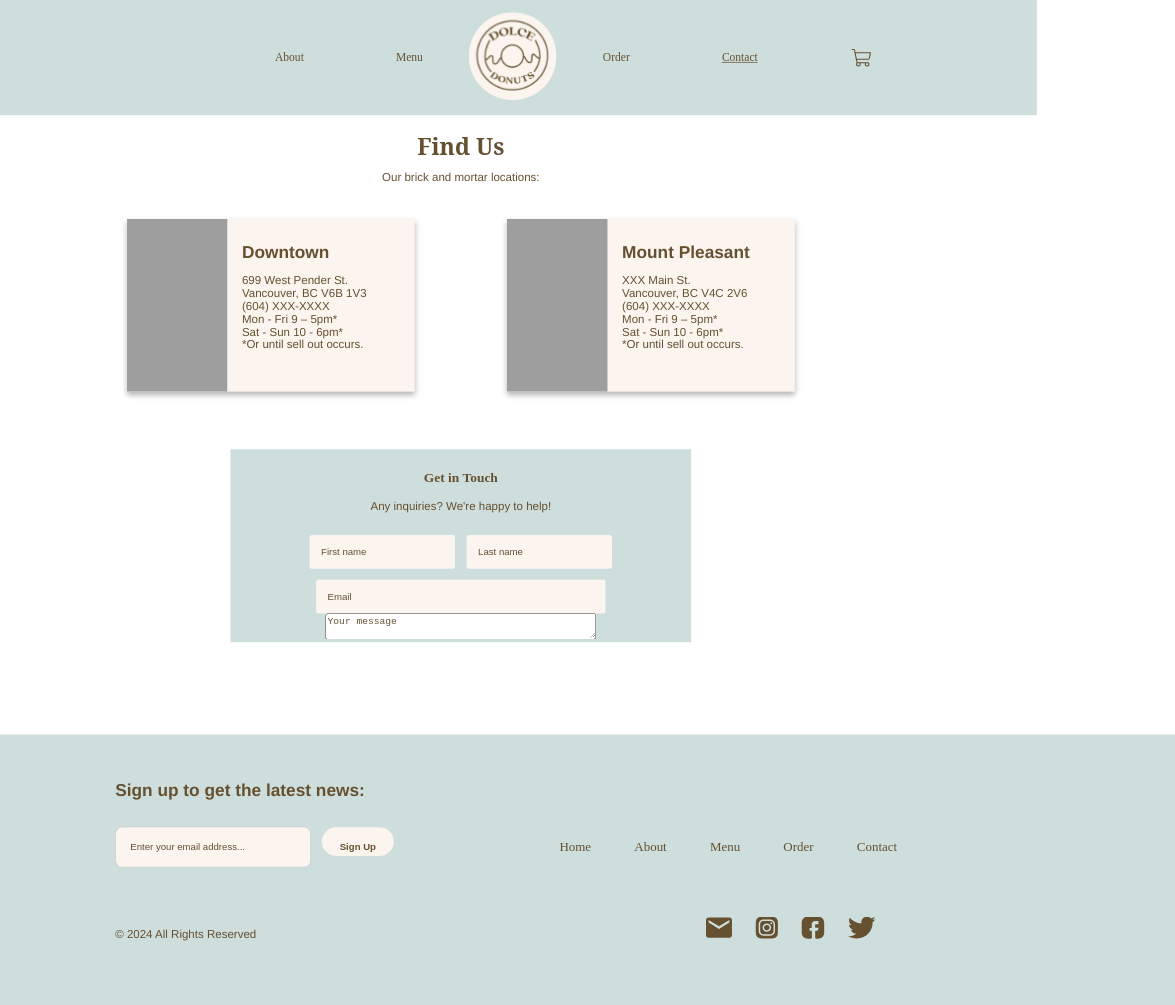
Repository: Crystalhtc/dolcedonuts
Page: /contact
These files come from the project's save history. The page is drawn as it stood at one moment and after the next save; the edit follows.
The browser window is 1280 px wide. The page is 1632 px wide, so the pictures cover 1632 px, including what lies to the right of the window. The pictures show the whole page, at 72% of full size.
Pictures or frames that could not be fetched are drawn as grey boxes. The project was rebuilt for these pictures with package versions that can differ from the ones it lists, and the page was loaded fresh each time. Also part of the build but not shown: vite.config.js, src/pages/Home.module.css, src/pages/Home.jsx, src/components/ProductCard/ProductCard.jsx, src/Data/products.js, src/pages/Order.css, src/pages/Menu.jsx, src/pages/Order.jsx and 13 more.

Above is the page before, as saved 2024-10-20 15:28:56.

After the next save:
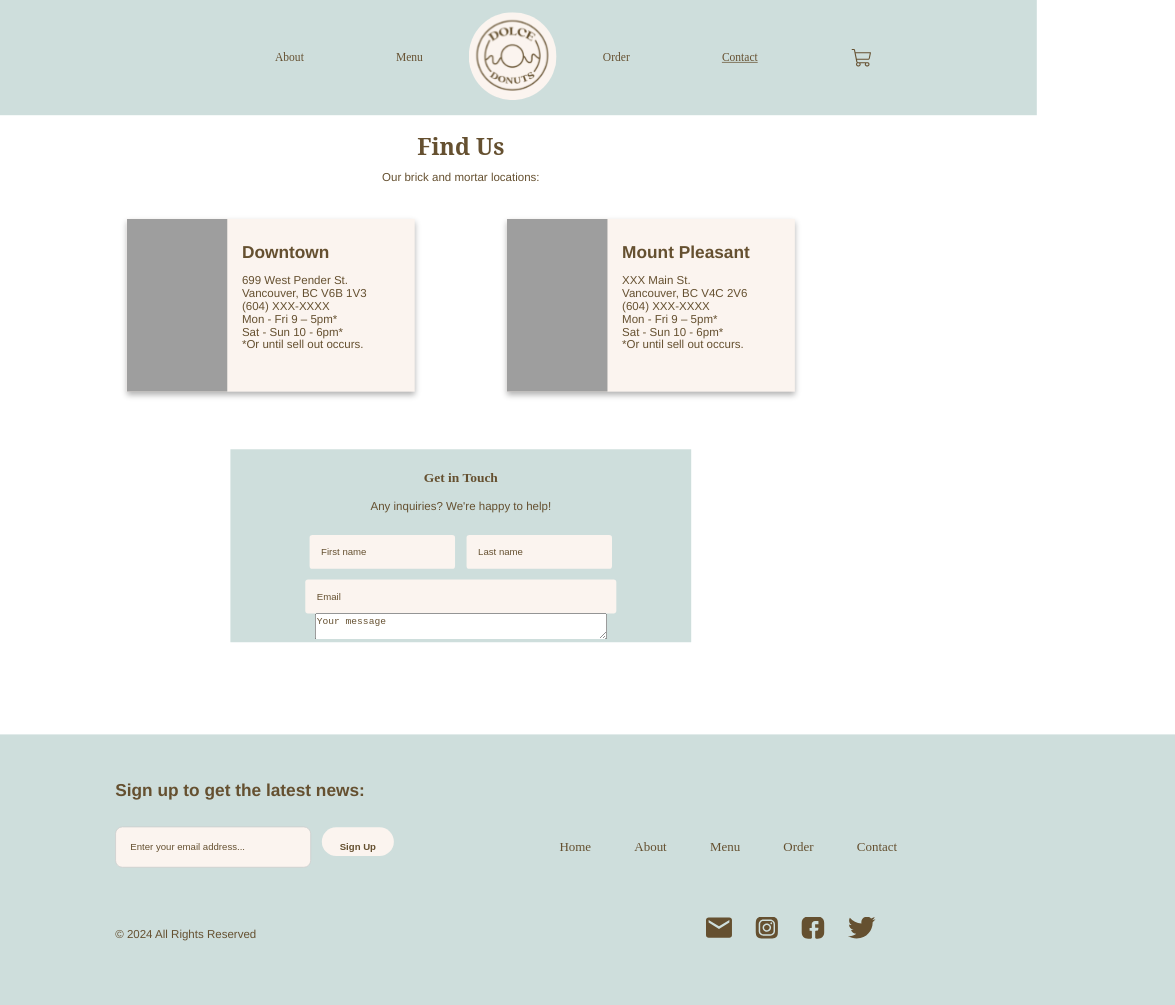
Saved 6 s later.
--- a/src/components/ContactUsForm/ContactForm.module.css
+++ b/src/components/ContactUsForm/ContactForm.module.css
@@ -23,7 +23,7 @@
 }
 
 .formPlaceholders {
-    width: 370px;
+    width: 400px;
 }
 
 form {
